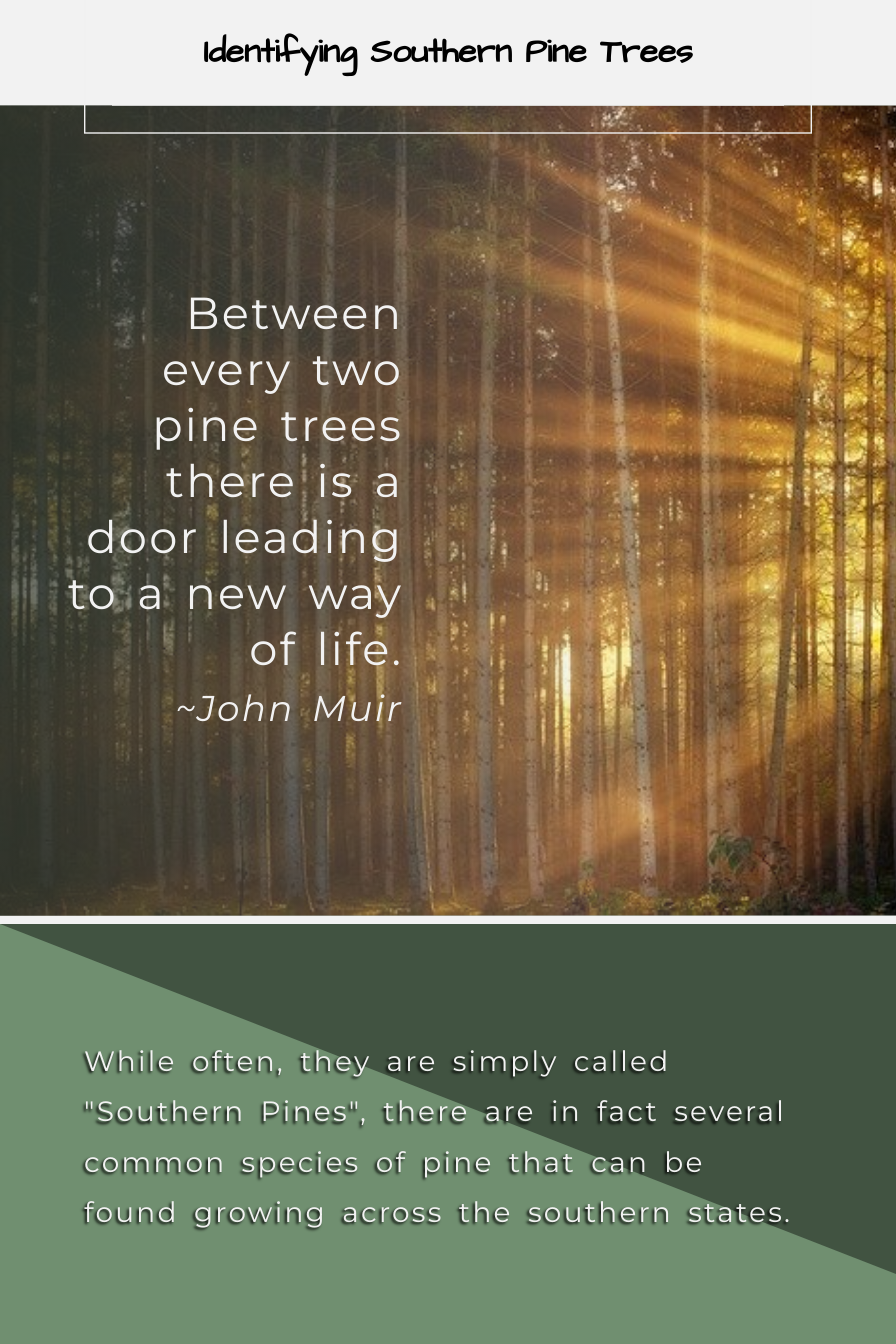
Repository: Sbethm/louisianaPineTrees
Page: pine_main.html
An editor plug-in stored every save of this project. The page is shown before and after the next save, followed by the edit.
The browser window is 1280 px wide. The pictures show the part of the page from y = 0 to 1920 px (the page is 2983 px tall), at 70% of full size.
The style sheet was rebuilt from its Sass, Less or Tailwind sources for each picture, by a compiler version that may differ from the author's.

Above is the page before, as saved 2021-09-24 10:58:33.

### pine_main.html
<!DOCTYPE html>
<html lang="en">
<head>
    <meta charset="UTF-8">
    <meta http-equiv="X-UA-Compatible" content="IE=edge">
    <meta name="viewport" content="width=device-width, initial-scale=1.0">
    <link rel="preconnect" href="https://fonts.googleapis.com">
    <link rel="preconnect" href="https://fonts.gstatic.com" crossorigin>
    <link href="https://fonts.googleapis.com/css2?family=Architects+Daughter&family=Montserrat:ital,wght@0,400;0,500;0,700;1,400;1,500;1,700&display=swap" rel="stylesheet">
    <!--
        headerFont: 'Architects Daughter', cursive;
        mainFont: 'Montserrat', sans-serif;
    -->
    <link rel="stylesheet" href="./CSS/main.css">
    <title>Louisiana Pine Trees</title>
</head>
<body>
    <header>
        <!-- <a href="#" class="logo">
            SarahMoosa
        </a> -->
        <h1>Identifying Southern Pine Trees</h1>
    </header>
    <main>
        <div class="hero-container container">
            <div class="hero__background-grad">
                <p class="hero__quote">Between every two pine trees there is a door leading to a new way of life. <br><cite>John Muir</cite></p>
            </div>
        </div>
        <div class="container triangle-bg">
            <div class="triangle-left"></div>
            <div class="triangle-right"></div>
            <p class="call-to-action">While often, they are simply called "Southern Pines", there are in fact several common species of pine that can be found growing across the southern states.
            </p>
        </div>
        <div class="questions-container container">
        </div>
        <div class="results-btn btn">
                <button>Next</button>
        </div>
        <div class="results"></div>

    </main>
    <script src="apps.js"></script>
</body>

### apps.js
const questionsArr = [
    {
        quest: "How many needles are in the bundle?",
        an: {
            a: "1",
            b: "2"
        }
    },
    {
        quest: "Blahasf?",
        an: {
            a: "trw",
            b: "fdb"
        }
    },
    {
        quest: "How many needles are in the bundle?",
        an: {
            a: "1",
            b: "2"
        }
    },
    {
        quest: "How many needles are in the bundle?",
        an: {
            a: "1",
            b: "2"
        }
    },
    {
        quest: "How many needles are in the bundle?",
        an: {
            a: "1",
            b: "2"
        }
    }
];

const questCont = document.querySelector('.questions-container');
const quest = document.querySelector('.question');
const options = document.querySelector('.options');
const nextBtn = document.querySelector('button');

let num = 0;

window.addEventListener('load', () => {

    let questVis = questionsArr[num];
    questCont.innerHTML =
                `<section class="question-wrapper">
                    <div class="question">
                        <p class="question__text">${questVis.quest}</p>
                    </div>
                    <div class="options">
                        <div class="answer"><p>${questVis.an.a}</p></div>
                        <div class="answer"><p>${questVis.an.b}</p></div>
                    </div>
                </section>
                `;

})

nextBtn.addEventListener('click', () => {
    num++;

    let questVis = questionsArr[num];
    questCont.innerHTML =
                `<section class="question-wrapper">
                    <div class="question">
                        <p class="question__text">${questVis.quest}</p>
                    </div>
                    <div class="options">
                        <div class="answer"><p>${questVis.an.a}</p></div>
                        <div class="answer"><p>${questVis.an.b}</p></div>
                    </div>
                </section>
                `;

})

### src/scss/main.scss
@import "./variables", "./mixins", "./normalize";


// ============ GLOBAL STYLES ============
*, *::before, *::after {
    box-sizing: border-box;
}

body {
    margin: 0;
    background-color: $mainColorLi;
}

header {

}

h1{
    position: relative;
    margin: 0 auto;
    padding: 1em;
    width: 75%;
    font-family: $headerFont;
    font-size: 3rem;
    text-align: center;
    background-color: $mainColorLi;
    // border: 20px solid #3a3a3a;

    &::after {
        content: "";
        position: absolute;
        width: calc(100% + 40px);
        height: calc(100% + 40px);
        border: 10px solid #3a3a3a;
        top: -20px;
        left: -20px;
    }

    &::after {
        content: "";
        position: absolute;
        width: calc(100% + 80px);
        height: calc(100% + 80px);
        border:2px solid #f1f1f1;
        top: -40px;
        left: -40px;
    }
}

p {
    margin: 0;
    padding: 4em 3em;
    font-family: $mainFont;
    font-size: 2.5rem;
    letter-spacing: 0.2rem;
    word-spacing: 0.5rem;
    line-height: 4.5rem;
    color: $mainColorLi;
}

.container {
    background-color: $mainColorDr;
}

// ============ HERO STYLES ============
.hero-container {
    background-image: url(../img/forest-pine.jpg);
    background-repeat: no-repeat;
    background-size: cover;
    border-bottom: 12px solid $mainColorLi;
}

.hero__background-grad {
    background: linear-gradient(90deg, rgba(57,64,53,0.7721463585434174) 0%, rgba(242,242,242,0.19791666666666663) 66%, rgba(242,242,242,0) 100%);
}

.hero__quote {
    padding: 4em 1em;
    width: 50%;
    text-align: right;
    font-size: 4rem;
    line-height: 5rem;
    letter-spacing: 0.2rem;
    word-spacing: 0.5rem;

    & cite {
        font-size: 0.8em;

        &::before {
            content: "~";
        }
    }
}


// ============ CALL-TO-ACTION STYLES ============
.call-to-action {
    border-bottom: 12px solid $mainColorLi;
}

.triangle-bg {
    display: grid;
    grid-template-columns: 100vw;
    grid-template-rows: 100%;
    align-content: center;

    & p {
        grid-row: 1 / 1;
        grid-column: 1 / 1;
        text-shadow: -3px 3px 4px #020202;
    }

    & .triangle-left{
        grid-row: 1 / 1;
        grid-column: 1 / 1;
        border-style: solid;
        border-width: 500px 0 0 100vw;
        border-color: transparent transparent transparent $acColorLi;
    }
}

.questions-container{
    padding: 3em;
    background-color: $mainColorDr;

}

.question-wrapper {
    background-color: $mainColorLi;
    box-shadow: -7px 9px 10px 0px #272626;

    & .question__text {
        padding-bottom: 0;
        font-weight: 700;
        text-align: center;
        color: $acColorLi;
    }
}

.options {
    display: flex;
    flex-direction: row;
    justify-content: center;
}

.answer {
    margin: 6em;
    padding: 0;
    width: fit-content;
    min-width: 150px;
    border-radius: 100px;
    box-shadow: -5px 5px 10px 0px #696767;
    @include transition(all .3s ease);

    & p {
        padding: 1em 2em;
        text-align: center;
        font-weight: 600;
        color: $acColorLi;
    }

    &:hover, :focus {
        background-color: #f8cb6b;
        box-shadow: -5px 5px 10px 0px #696767;
    }
}

.results-btn {
    display: flex;
    justify-content: center;
    background-color: $mainColorDr;
}

button {
    margin: 1em 0 2em 0;
    padding: 1em 3em;
    font-family: $mainFont;
    font-size: 3rem;
    letter-spacing: 0.2rem;
    font-weight: 700;
    color: $acColorLi;
    border-radius: 100px;
    box-shadow: -7px 9px 10px 0px #272626;
}




//This code was used to cause grid items to over lap. It worked very well, but I think it is unnecessary and bulkier code than I need for the result that I want.
// .intro-container {
//     display: grid;
//     grid-template-columns: 50% 50%;
//     grid-auto-rows: 100%;

//     & img {
//         grid-column: 1/3;
//         grid-row: 1;
//         display: inline;
//         max-width: 100%;
//         z-index: 1;
//     }

//     & .quote {
//         grid-column: 2/3;
//         grid-row: 1;
//         align-self: center;
//         z-index: 9;
//     }
// }

### src/scss/_variables.scss
//COLORS
$mainColorDr: hsl(120, 12%, 29%);
$mainColorLi: hsl(0, 0%, 95%);
$acColorLi: hsl(120, 12%, 50%);
$acColorDr: hsl(0, 0%, 5%);

//FONTS
$headerFont: 'Architects Daughter', cursive;
$mainFont: 'Montserrat', sans-serif;

### src/scss/_mixins.scss
// ====== Transitions ======

@mixin transition($args...) {
    transition: $args;
}


// ====== Transitions ======
// ====== Transitions ======
// ====== Transitions ======

Loaded but not shown: src/scss/_normalize.scss (common file)

After the next save:
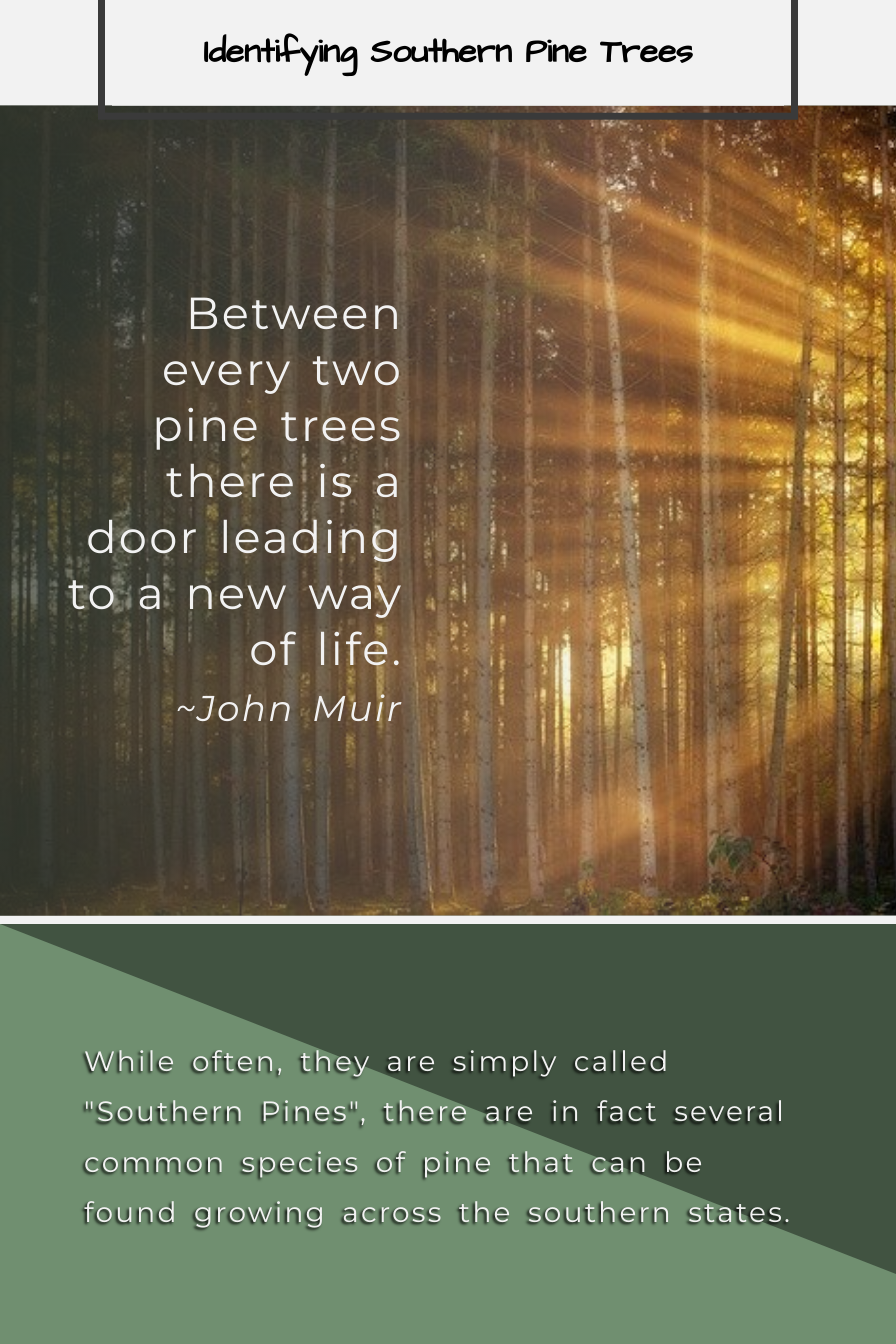
Saved 15 s later.
--- a/src/scss/main.scss
+++ b/src/scss/main.scss
@@ -36,15 +36,15 @@
         left: -20px;
     }
 
-    &::after {
-        content: "";
-        position: absolute;
-        width: calc(100% + 80px);
-        height: calc(100% + 80px);
-        border:2px solid #f1f1f1;
-        top: -40px;
-        left: -40px;
-    }
+    // &::after {
+    //     content: "";
+    //     position: absolute;
+    //     width: calc(100% + 80px);
+    //     height: calc(100% + 80px);
+    //     border:2px solid #f1f1f1;
+    //     top: -40px;
+    //     left: -40px;
+    // }
 }
 
 p {

After the save that followed:
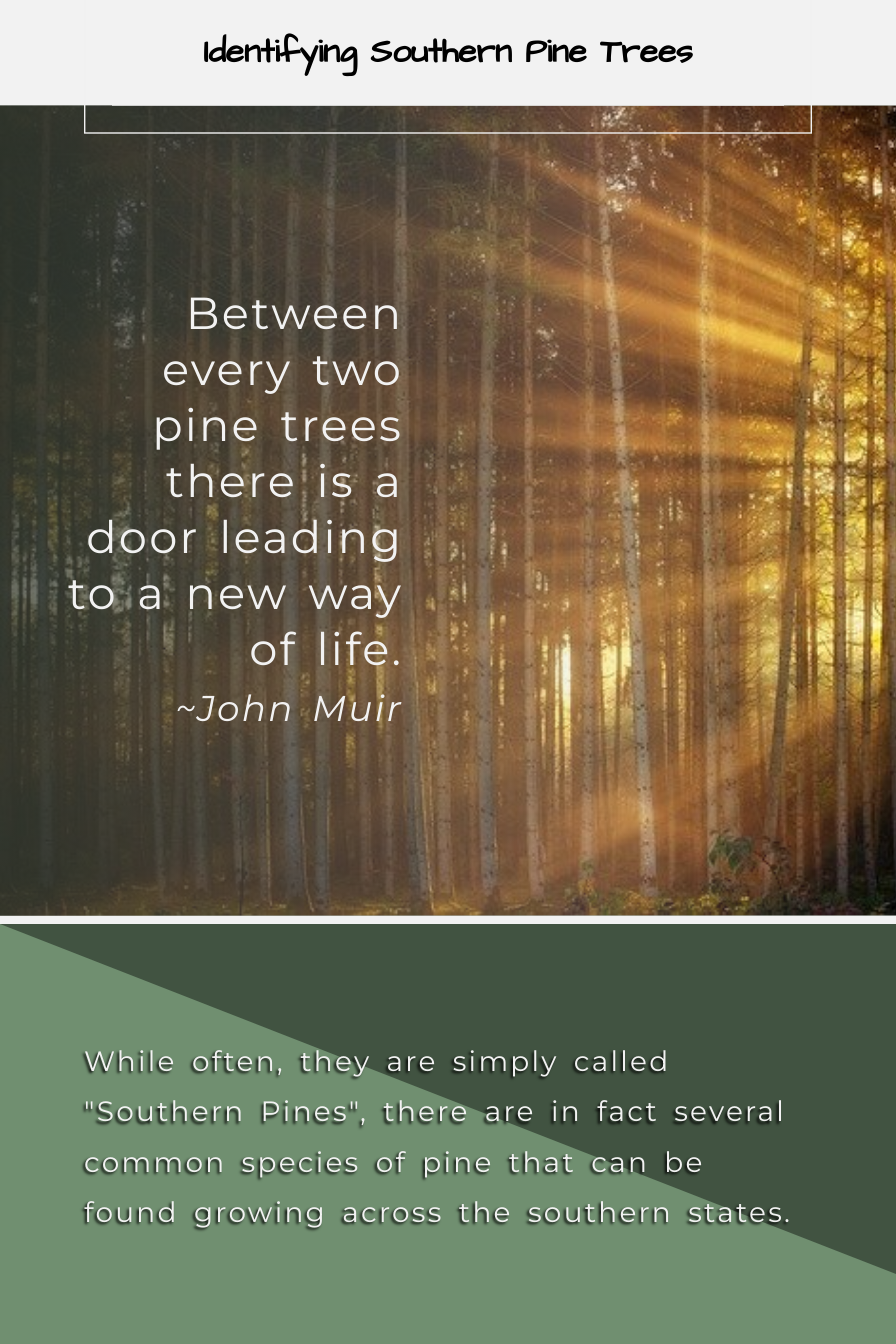
Saved 7 s later.
--- a/src/scss/main.scss
+++ b/src/scss/main.scss
@@ -36,15 +36,15 @@
         left: -20px;
     }
 
-    // &::after {
-    //     content: "";
-    //     position: absolute;
-    //     width: calc(100% + 80px);
-    //     height: calc(100% + 80px);
-    //     border:2px solid #f1f1f1;
-    //     top: -40px;
-    //     left: -40px;
-    // }
+    &::after {
+        content: "";
+        position: absolute;
+        width: calc(100% + 80px);
+        height: calc(100% + 80px);
+        border:2px solid #f1f1f1;
+        top: -40px;
+        left: -40px;
+    }
 }
 
 p {
